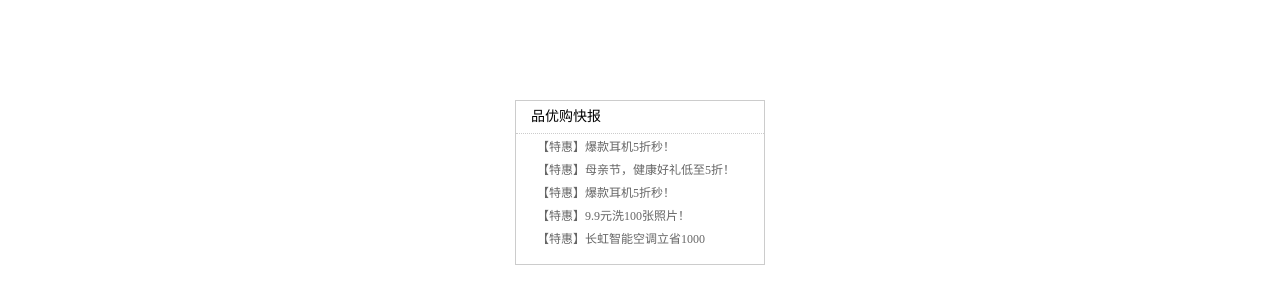
Repository: TheBestBadGuy0228/code
Page: 快报模块.html
The author's editor kept a copy of each file at every save. The page is drawn from the files as they stood at one save, then again after the next save.
The browser window is 1280 px wide. The pictures show the whole page.

Above is the page before, as saved 2021-12-08 13:50:17.

After the next save:
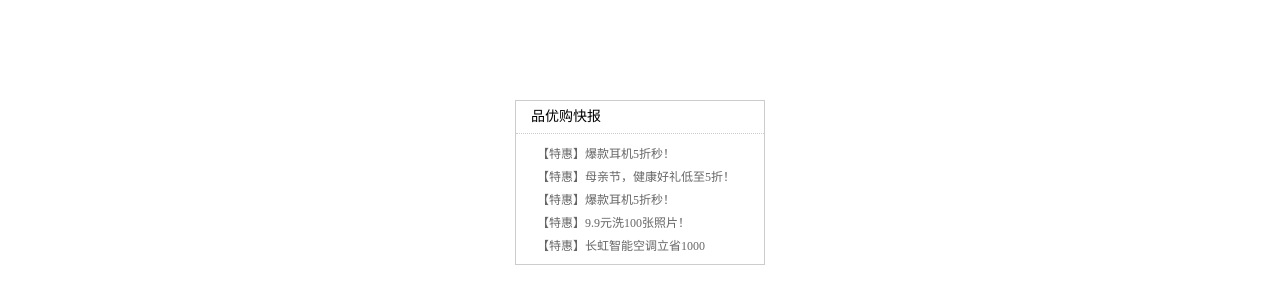
Saved 6 min 24 s later.
--- a/快报模块.html
+++ b/快报模块.html
@@ -52,6 +52,10 @@
             height: 23px;
             line-height: 23px;
         }
+
+        .kuaibao ul {
+            padding-top: 7px;
+        }
     </style>
 </head>
 <body>
